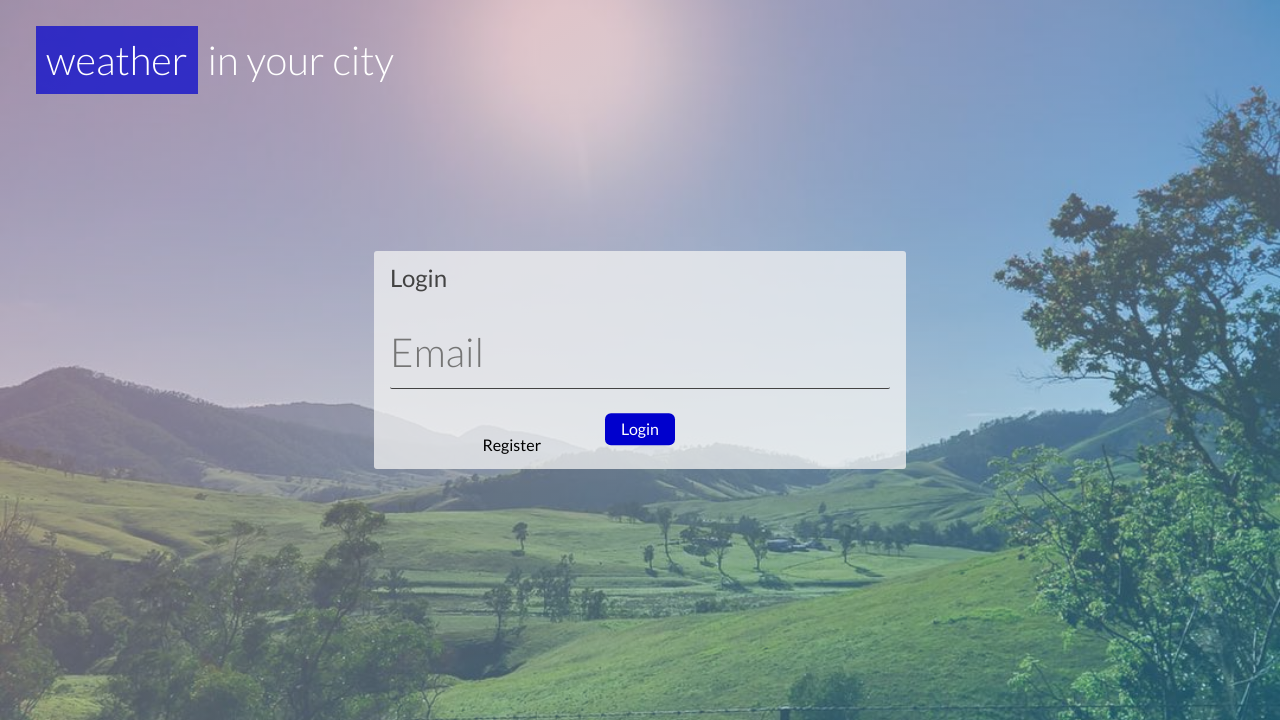
Repository: nosplashurinal/weather-app
Page: /, after clicking the first element matching `button.next`
These files come from the project's save history. The page is drawn as it stood at one moment and after the next save; the edit follows.
The browser window is 1280 px wide. The pictures show the whole page.
The project was rebuilt for these pictures with package versions that can differ from the ones it lists, and the page was loaded fresh each time. Also part of the build but not shown: src/components/RecentSearches.vue, src/components/Search.vue, src/components/WeatherDataBlock.vue.

Above is the page before, as saved 2018-12-31 17:01:01.

### public/index.html
<!DOCTYPE html>
<html lang="en">

<head>
	<meta charset="utf-8">
	<meta http-equiv="X-UA-Compatible" content="IE=edge">
	<meta name="viewport" content="width=device-width,initial-scale=1.0">
	<link rel="icon" href="<%= BASE_URL %>favicon.ico">
	<link href="https://fonts.googleapis.com/css?family=Lato:300,400" rel="stylesheet">
	<title>weather-app</title>
</head>

<body>
	<noscript>
		<strong>We're sorry but weather-app doesn't work properly without JavaScript enabled. Please enable it to continue.</strong>
	</noscript>
	<div id="app"></div>
	<!-- built files will be auto injected -->
</body>

</html>

### src/App.vue
<template>
  <div class="root-container">
    <div class="bg" v-bind:style="{backgroundImage: `url(${bg})`}"></div>
    <div class="overlay"></div>
    <div class="title">
      <span>weather</span>
      <span>in your city</span>
    </div>
    <transition name="slide">
      <Login v-if="!loginSuccess && !showRegistration" v-on:on-login="attemptLogin" />
    </transition>
    <Registration v-if="showRegistration" v-on:on-success="showRegistration = false" />
    <div v-if="loginSuccess" class="search-container" v-bind:class="{resultActive: showResults}">
      <Search
        v-bind:message="message"
        v-bind:showLoading="isLoadingResults"
        v-bind:isError="isError"
        v-on:on-key-press="onClickSearch"
        v-on:on-change="onInputChange"
      />
      <transition name="ease">
        <div class="results-container" v-if="showResults">
          <WeatherDataBlock v-bind:weatherData="weatherData"/>
        </div>
      </transition>
    </div>
  </div>
</template>

<script>
import Search from "./components/Search.vue";
import WeatherDataBlock from "./components/WeatherDataBlock.vue";
import Login from "./components/Login.vue";
import Registration from "./components/Registration.vue";
import axios from "axios";

export default {
  name: "app",
  components: {
    Search,
    WeatherDataBlock,
    Login,
    Registration
  },
  data() {
    return {
      currentQueryValue: null,
      results: [],
      showResults: false,
      address: null,
      isError: false,
      message: null,
      searchQuery: null,
      isLoadingResults: false,
      units: "metric",
      weatherData: undefined,
      bg: "/images/bg.jpg",
      weatherBg: null,
      screenWidth: window.innerWidth,
      screenHeight: window.innerHeight,
      showRegistration: false,
      loginSuccess: false
    };
  },
  created: function() {
    if (!JSON.parse(window.localStorage.getItem("user"))) {
      this.showRegistration = true;
    }
  },
  mounted: function() {
    if (JSON.parse(window.localStorage.getItem("searches"))) {
      this.validateRecentSearches();
    }
  },
  watch: {
    async searchQuery(newQuery) {
      let storedWeatherData;
      this.showResults = false;

      // Check if anything is saved in localStorage
      if (window.localStorage.getItem("searches")) {
        // Now, check if the current query matches anything in localStorage
        storedWeatherData = this.getFromLocalStorage(newQuery);
      } else {
        // Create an empty object in localStorage
        window.localStorage.setItem("searches", null);
      }
      if (storedWeatherData) {
        this.isLoadingResults = true;
        // Translate localStorage data into the format needed to display the data
        setTimeout(
          () =>
            (this.weatherData = this.parseStoredWeatherData(
              storedWeatherData.result
            )),
          0.0001
        );
      } else {
        this.isLoadingResults = true;
        try {
          let weatherData = await this.fetchWeatherDataForCity(
            this.searchQuery
          );
          const formattedData = this.parseApiResponse(newQuery, weatherData);
          this.pushDataToLocalStorage(formattedData);
          this.weatherData = formattedData.result;
        } catch {
          this.isLoadingResults = false;
          this.isError = true;
        }
      }
    },
    weatherData() {
      this.isLoadingResults = false;
      this.showResults = true;
      this.changeBackgroundImage();
    }
  },
  methods: {
    async validateRecentSearches() {
      let storedData = window.localStorage.getItem("searches");
      let storedDataObject = JSON.parse(storedData);
      let promiseArray = [];
      let newDataObject = [];
      storedDataObject.forEach(({ result }) => {
        promiseArray.push(this.fetchWeatherDataForCity(result.name));
      });
      let responseArray = await Promise.all(promiseArray);
      responseArray.forEach((data, index) => {
        const formattedData = this.parseApiResponse(
          storedDataObject[index].query,
          data
        );
        newDataObject.push(formattedData);
      });
      window.localStorage.setItem("searches", JSON.stringify(newDataObject));
    },
    timeDifferenceBetwenNowAndDate(d) {
      const date = new Date(d * 1000);
      const now = new Date();
      return (now.getTime() - date.getTime()) / (1000 * 60);
    },
    attemptLogin(e) {
      const user = window.localStorage.getItem("user");
      if (user === e) {
        this.loginSuccess = true;
      }
    },
    onInputChange() {
      if (this.isError) this.isError = false;
    },
    pushDataToLocalStorage(newDataItem) {
      let storedData = window.localStorage.getItem("searches");
      let storedDataObject = JSON.parse(storedData);
      let newDataObject = [];
      if (storedDataObject) {
        newDataObject = [...storedDataObject, newDataItem];
      } else {
        newDataObject.push(newDataItem);
      }
      window.localStorage.setItem("searches", JSON.stringify(newDataObject));
    },
    parseApiResponse(query, data) {
      return {
        query,
        result: {
          id: data.sys.id,
          temp: data.main.temp,
          name: data.name,
          country: data.sys.country,
          icon: data.weather[0].icon,
          description: data.weather[0].description,
          date: data.dt,
          humidity: data.wind.speed,
          wind: data.main.humidity
        }
      };
    },
    parseStoredWeatherData(data) {
      return {
        name: data.name,
        country: data.country,
        humidity: data.humidity,
        temp: data.temp,
        wind: data.wind,
        icon: data.icon,
        description: data.description,
        date: data.date
      };
    },
    getFromLocalStorage(i) {
      const localStorage = window.localStorage;
      const searchObject = JSON.parse(localStorage.getItem("searches"));
      if (searchObject) {
        return searchObject.find(item => item.query === i);
      } else {
        return null;
      }
    },
    onClickSearch(e) {
      this.searchQuery = e;
    },
    fetchWeatherDataForCity(city) {
      return new Promise((resolve, reject) => {
        axios
          .get(
            `http://api.openweathermap.org/data/2.5/weather?q=${city}&APPID=7c519880689160b16f5d233f16f2868d${
              this.units === "metric" ? "&units=metric" : ""
            }`
          )
          .then(response => {
            if (response.status === 404) {
              reject(response.err);
            } else {
              resolve(response.data);
            }
          })
          .catch(() => {
            this.isError = true;
            this.isLoadingResults = false;
            return;
          });
      });
    },
    changeBackgroundImage() {
      var newImg = new Image();
      newImg.onload = () => (this.bg = newImg.src);
      newImg.src = `https://loremflickr.com/1920/1080/${
        this.weatherData.description
      }`;
    }
  }
};
</script>

<style lang="scss" src="@/styles/app.scss">
</style>

### src/styles/app.scss
@import "./global.scss";
@import "./constants.scss";

.root-container {
  width: 100%;
  height: auto;
  overflow-y: scroll;
  overflow-x: hidden;
  font-size: 16px;
}
.bg {
  position: absolute;
  background-repeat: no-repeat;
  background-size: cover;
  background-position: center;
  -webkit-transition: background-image 500ms ease-in-out;
  transition: background-image 500ms ease-in-out;
  width: 100%;
  height: 100%;
}
.overlay {
  position: absolute;
  width: 100%;
  height: 100%;
  background-image: linear-gradient(
    to bottom right,
    rgba(230, 154, 154, 0.65),
    rgba(44, 181, 232, 0.4)
  );
}
.title {
  position: absolute;
  top: 36px;
  left: 36px;
  width: auto;
  height: auto;
  text-align: center;
  font-size: 2.5em;
  color: #fff;
  font-family: $font-primary;
  font-weight: 100;
  > span {
    padding: 0.25em;
    &:nth-child(1) {
      background-color: rgba($blue, 0.7);
    }
  }
}
.search-container {
  position: absolute;
  top: 50%;
  transform: translate(-50%, -50%);
  left: 50%;
  .results-container {
    margin-top: 4em;
    z-index: 9;
  }
}
.ease-enter-active,
.ease-leave-active {
  transition: all 900ms cubic-bezier(0, 0.57, 0.01, 0.97);
}
.ease-enter, .ease-leave-to /* .fade-leave-active below version 2.1.8 */ {
  opacity: 0;
  transform: scale(0.9) translate(0, 50px);
}
.slide-enter-active, .slide-leave-active {
  transition: opacity 350ms ease-in-out;
}
.slide-enter /* .fade-leave-active below version 2.1.8 */ {
  opacity: 0;
}

### src/styles/global.scss
html, body {
	position: relative;
	width: 100%;
	height: 100%;
}

body {
	color: #333;
	margin: 0;
	padding: 0;
	box-sizing: border-box;
	font-family: -apple-system, BlinkMacSystemFont, "Segoe UI", Roboto, Oxygen-Sans, Ubuntu, Cantarell, "Helvetica Neue", sans-serif;
}

a {
	color: rgb(0,100,200);
	text-decoration: none;
}

a:hover {
	text-decoration: underline;
}

a:visited {
	color: rgb(0,80,160);
}

label {
	display: block;
}

input, button, select, textarea {
	font-family: inherit;
	font-size: inherit;
	padding: 0.4em;
	margin: 0 0 0.5em 0;
	box-sizing: border-box;
	border: 1px solid #ccc;
	border-radius: 2px;
}

input:disabled {
	color: #ccc;
}

button {
	background-color: #f4f4f4;
	outline: none;
}

button:active {
	background-color: #ddd;
}

button:focus {
	border-color: #666;
}

p {
	margin: 0;
	padding: 0;
}

ul {
	list-style: none;
}
input:focus {
	outline: 0;
}
button {
	border: 0;
}

### src/styles/constants.scss
$blue: rgb(0, 0, 205);
$font-primary: "Lato", sans-serif;

### src/components/Login.vue
<template>
  <div class="login">
    <div class="login-container">
      <p>Login</p>
      <input
        autocomplete="off"
        type="email"
        name="email"
        class="email"
        id="email"
        placeholder="Email"
        v-on:keypress="onKeyPress"
      >
      <div class="button-container">
        <button class="login" v-on:click="onLogin">Login</button>
        <button class="register-button">Register</button>
      </div>
    </div>
  </div>
</template>
<script>
export default {
  name: "Login",
  methods: {
    onKeyPress(e) {
      this.$emit("on-login", e.target.value);
    }
  }
};
</script>
<style lang="scss" src="@/styles/login.scss">
</style>

### src/components/Registration.vue
<template>
  <div class="registration">
    <p>Please take a few moments to register.</p>
    <div class="fields-container">
      <input
        placeholder="Enter your Email"
        autofocus
        autocomplete="off"
        type="email"
        name="email"
        class="email"
        id="email"
        v-model="email"
      >
      <input
        placeholder="Enter your Name"
        autofocus
        autocomplete="off"
        type="text"
        name="name"
        class="name"
        id="name"
        v-model="name"
      >
      <input
        placeholder="Mobile"
        autofocus
        autocomplete="off"
        type="phone"
        name="mobile"
        class="mobile"
        id="mobile"
        v-model="mobile"
      >
      <input
        placeholder="Where are you located?"
        autofocus
        autocomplete="off"
        type="text"
        name="location"
        class="location"
        id="location"
        v-model="location"
      >
    </div>
    <button type="button" class="next" v-on:click="onRegister">Next</button>
  </div>
</template>
<script>
export default {
  name: "Registration",
  data() {
    return {
      email: null,
      name: null,
      mobile: null,
      location: null
    };
  },
  methods: {
    onRegister() {
      const { email, name, mobile, location } = this;
      const userObject = {
        email,
        name,
        mobile,
        location
      };
      window.localStorage.setItem("user", JSON.stringify(userObject));
      this.$emit("on-success");
    }
  }
};
</script>
<style lang="scss" src="@/styles/registration.scss">
</style>

### src/styles/login.scss
@import "./constants.scss";

.login {
  position: absolute;
  top: 50%;
  transform: translate(-50%, -50%);
  left: 50%;
  background: rgba(#f2f2f2, 0.75);
  border-radius: 3px;
  font-family: "Lato", sans-serif;
  padding: 0 1em;
  .login-container {
    display: flex;
    flex-direction: column;
    position: relative;
    p {
      color: #434343;
      position: relative;
      font-size: 1.5em;
      padding: 0.5em 0;
      margin-bottom: 0.5em;
      flex: none;
      width: auto;
    }
    input {
      color: #434343;
      background: transparent;
      border: 0;
      display: block;
      border-bottom: 1px solid #434343;
      font-size: 2.5em;
      font-weight: 300;
      margin: 0;
      width: 500px;
      height: auto;
      padding: 0;
      padding: 0.3em 0;
      margin-bottom: 1em;
      position: relative;
      &::focus {
        background: transparent;
        border: 0;
        border-bottom: 1px solid #434343;
        outline: none;
        box-shadow: none;
      }
      ::-webkit-input-placeholder {
        /* Chrome/Opera/Safari */
        color: #434343;
      }
      ::-moz-placeholder {
        /* Firefox 19+ */
        color: #434343;
      }
    }
    .button-container {
      flex: none;
      position: relative;
      display: flex;
      > {
        padding: 1em;
        margin: 0;
      }
      .login {
        background: $blue;
        color: #fff;
        text-align: center;
        border-radius: 6px;
        cursor: pointer;
        width: auto;
        position: relative;
        flex: none;
      }
      .register-button {
        flex: none;
        margin-left: 1em;
        background: none;
        cursor: pointer;
        &:hover {
          text-decoration: underline;
        }
      }
    }
  }
  .fade-enter-active,
  .fade-leave-active {
    transition: opacity 350ms ease-in-out;
  }
  .fade-enter, .fade-leave-to /* .fade-leave-active below version 2.1.8 */ {
    opacity: 0;
  }
}

### src/styles/registration.scss
@import "./constants.scss";

.registration {
  position: absolute;
  top: 50%;
  transform: translate(-50%, -50%);
  left: 50%;
  background: rgba(#f2f2f2, 0.75);
  border-radius: 3px;
  font-family: "Lato", sans-serif;
  padding: 0 1em;
  p {
    color: #434343;
    position: relative;
    font-size: 1.5em;
    padding: 0.5em 0;
    margin-bottom: 0.5em;
  }
  .fields-container {
    position: relative;
    padding: 0 1.25em;
    ::-webkit-input-placeholder { /* Chrome/Opera/Safari */
      color: #434343;
    }
    ::-moz-placeholder { /* Firefox 19+ */
      color: #434343;
    }
    input {
      color: #434343;
      background: transparent;
      border: 0;
      display: block;
      border-bottom: 1px solid #434343;
      font-size: 1.5em;
      font-weight: 300;
      margin: 0;
      width: 100%;
      height: auto;
      padding: 0;
      padding: 0.3em 0;
      margin-bottom: 1em;
      &::focus {
        background: transparent;
        border: 0;
        border-bottom: 1px solid #434343;
        outline: none;
        box-shadow: none;
      }
    }
  }
  .next {
    background: $blue;
    color: #fff;
    padding: 0.75em;
    margin-right: 1em;
    border-radius: 6px;
    cursor: pointer;
    float: right;
  }
}

Loaded but not shown: src/main.js (common file)

After the next save:
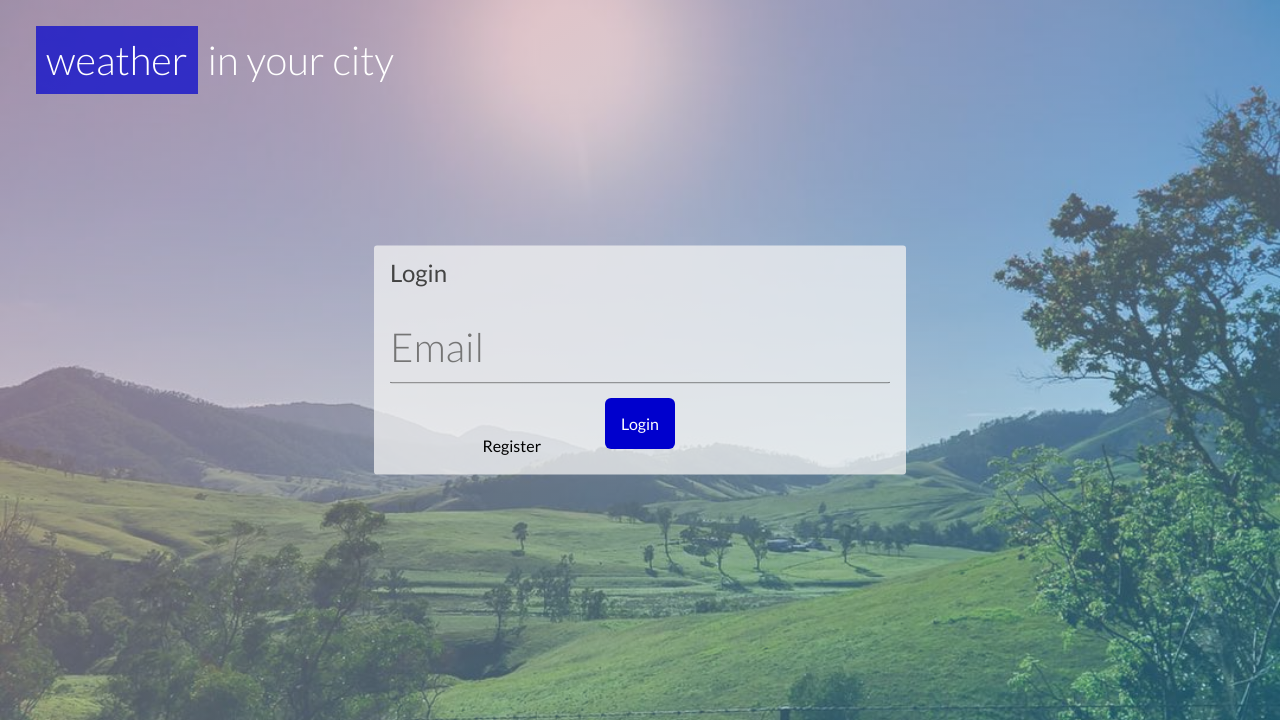
Saved 13 s later.
--- a/src/styles/login.scss
+++ b/src/styles/login.scss
@@ -57,10 +57,6 @@
       flex: none;
       position: relative;
       display: flex;
-      > {
-        padding: 1em;
-        margin: 0;
-      }
       .login {
         background: $blue;
         color: #fff;
@@ -70,6 +66,8 @@
         width: auto;
         position: relative;
         flex: none;
+        padding: 1em;
+        margin: 0;
       }
       .register-button {
         flex: none;
